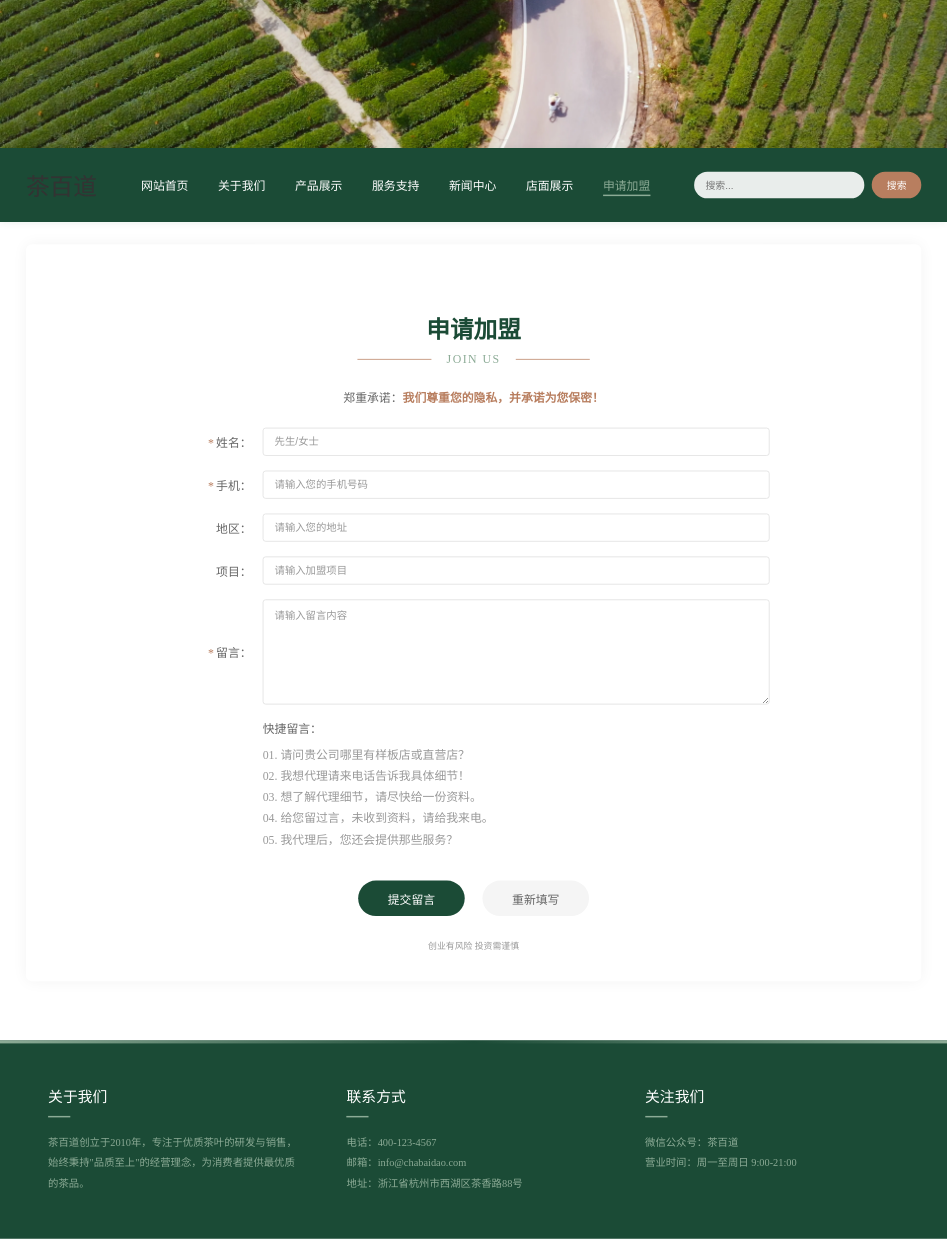
Repository: huang-heavenly-Emperor/chabaidao
Page: join.html
These files come from the project's save history. The page is drawn as it stood at one moment and after the next save; the edit follows.
The browser window is 1280 px wide. The pictures show the whole page, at 74% of full size.

Above is the page before, as saved 2024-12-13 17:49:02.

After the next save:
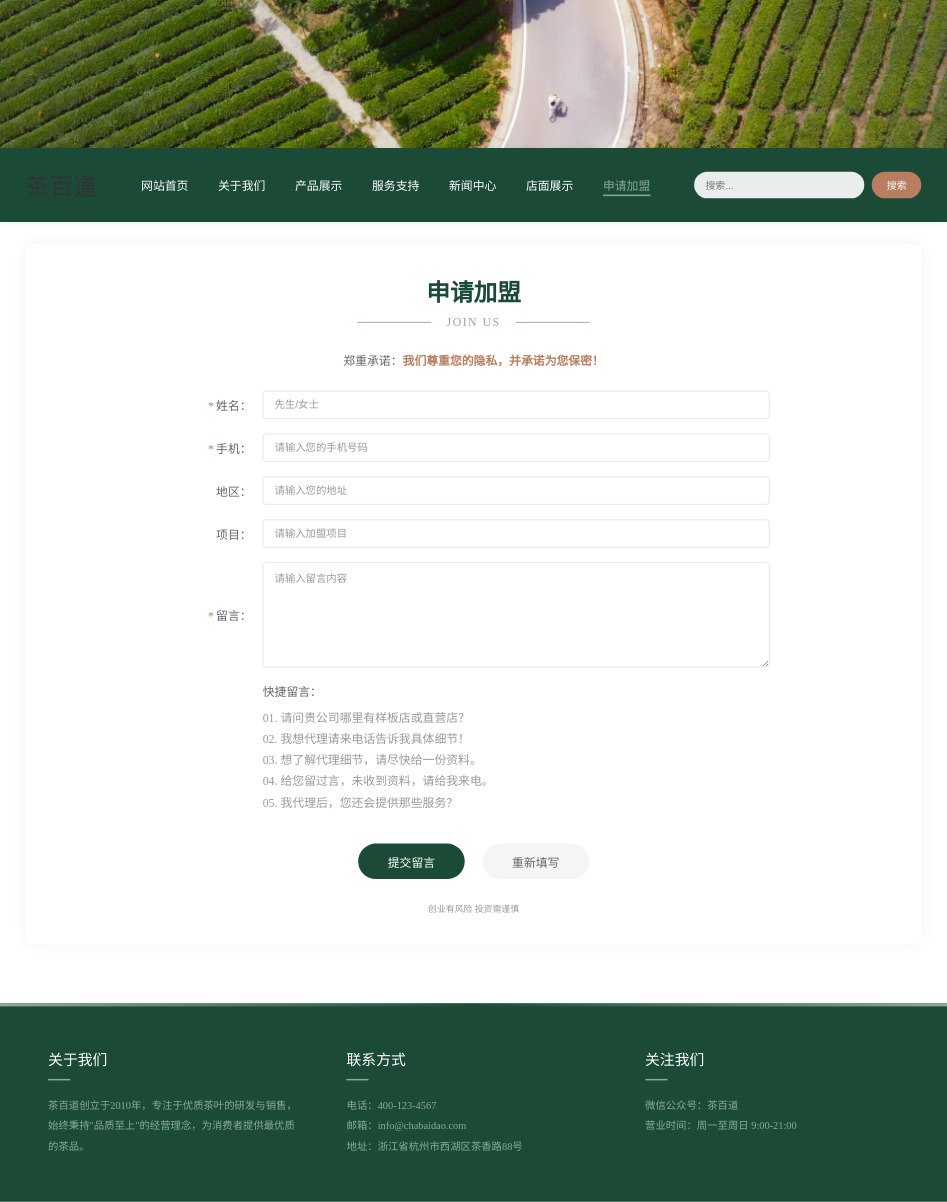
Saved 12 s later.
--- a/css/common.css
+++ b/css/common.css
@@ -65,6 +65,16 @@
     width: 100px;
     background: #B87E5F;
     margin: 0 20px;
+}
+
+/* 调整各个部分的标题内边距 */
+.about-section .section-title,
+.story-section .section-title,
+.advantage-section .section-title,
+.products-section .section-title,
+.news-section .section-title,
+.join-section .section-title {
+    padding-top: 0;
 }
 
 
